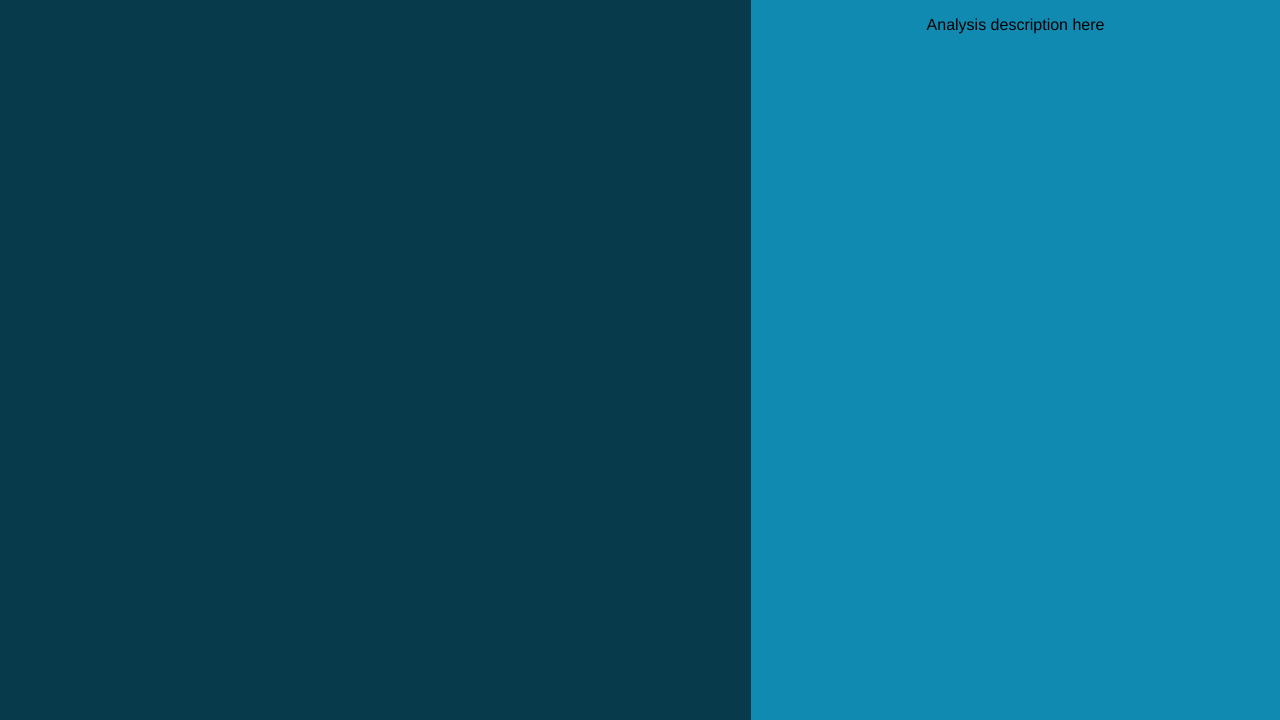
Repository: bsalgado98/lockdown-music
Page: app/index.html
These files come from the project's save history. The page is drawn as it stood at one moment and after the next save; the edit follows.
The browser window is 1280 px wide. The pictures show the whole page.

Above is the page before, as saved 2020-12-08 21:45:22.

After the next save:
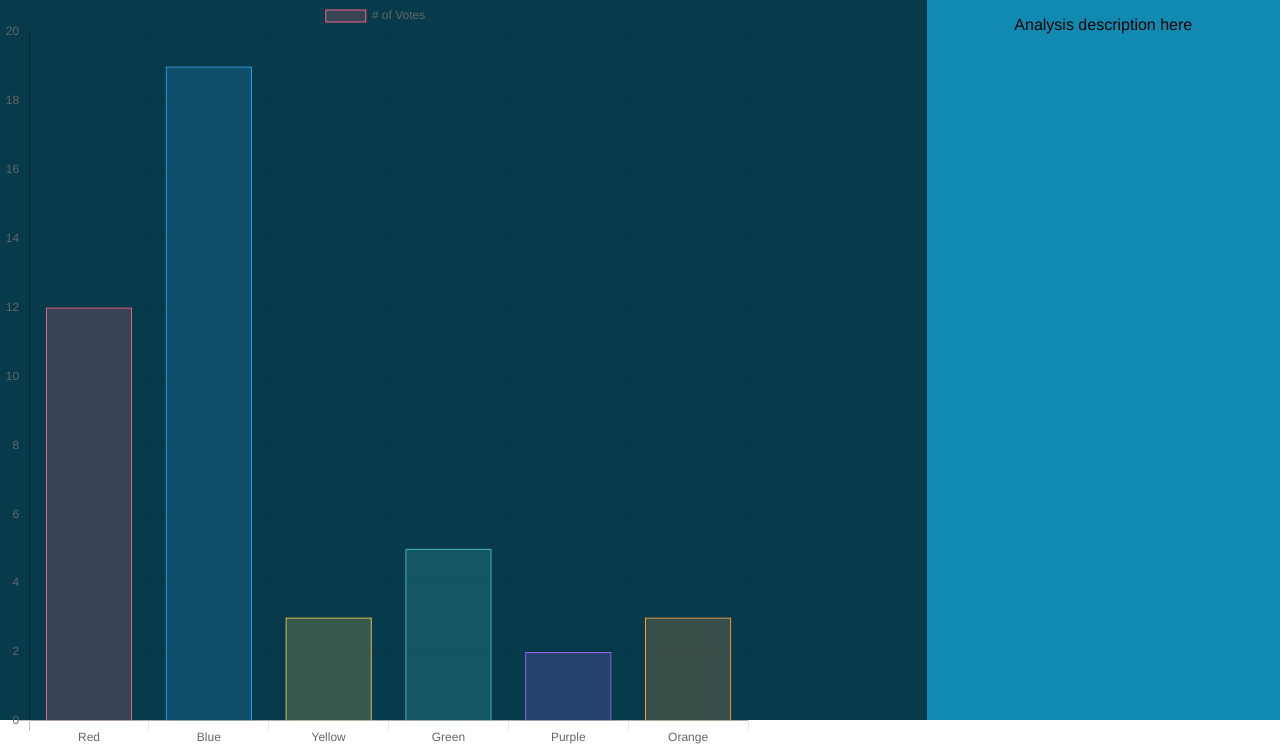
Saved 32 s later.
--- a/app/index.html
+++ b/app/index.html
@@ -17,5 +17,6 @@
     </div>
   </div>
 </body>
+<script src="index.js"></script>
 
 </html>
